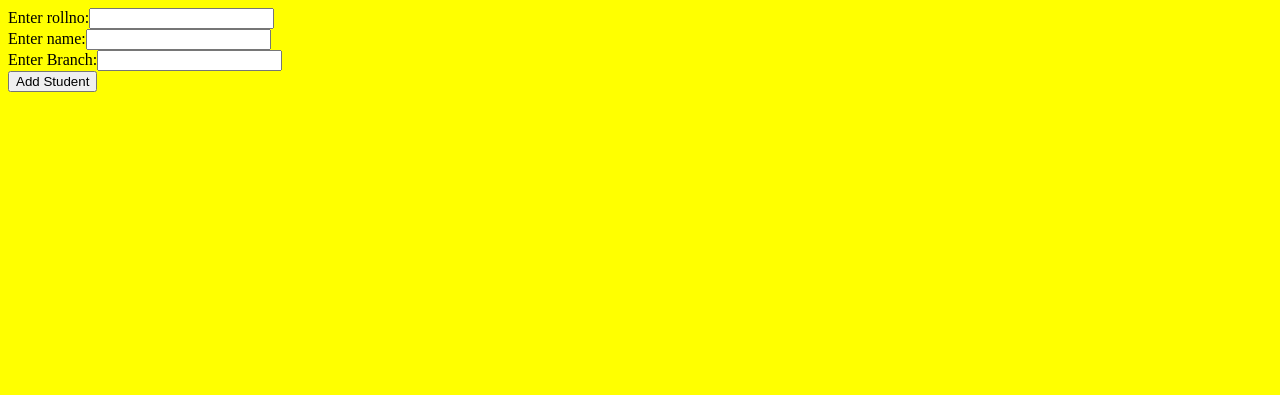
Repository: chinthaginjalabhuvan/Java
Page: RealTimeWebProject/src/main/webapp/index.html
The author's editor kept a copy of each file at every save. The page is drawn from the files as they stood at one save, then again after the next save.
The browser window is 1280 px wide. The pictures show the whole page.

Above is the page before, as saved 2025-06-03 09:56:12.

After the next save:
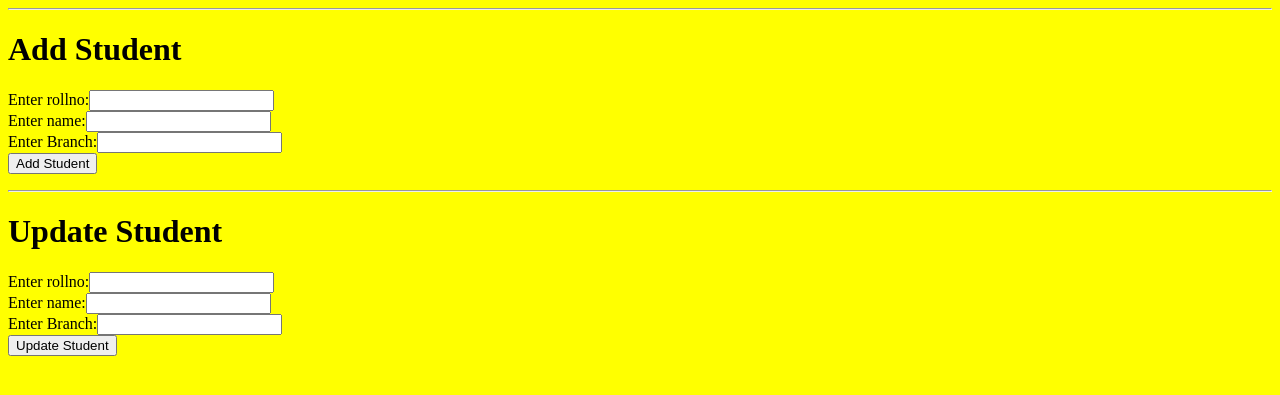
Saved 18 min 31 s later.
--- a/RealTimeWebProject/src/main/webapp/index.html
+++ b/RealTimeWebProject/src/main/webapp/index.html
@@ -1,11 +1,21 @@
 
 <html>
 <body bgcolor="yellow">
+<hr/>
+<h1>Add Student</h1>
 <form action="AddStudent.jsp">
 Enter rollno:<input type="text" name="rollno"/><br/>
 Enter name:<input type="text" name="name"/><br/>
 Enter Branch:<input type="text" name="branch"/><br/>
 <button type="submit">Add Student</button>
 </form>
+<hr/>
+<h1>Update Student</h1>
+<form action="UpdateStudent.jsp">
+Enter rollno:<input type="text" name="rollno"/><br/>
+Enter name:<input type="text" name="name"/><br/>
+Enter Branch:<input type="text" name="branch"/><br/>
+<button type="submit">Update Student</button>
+</form>
 </body>
 </html>
